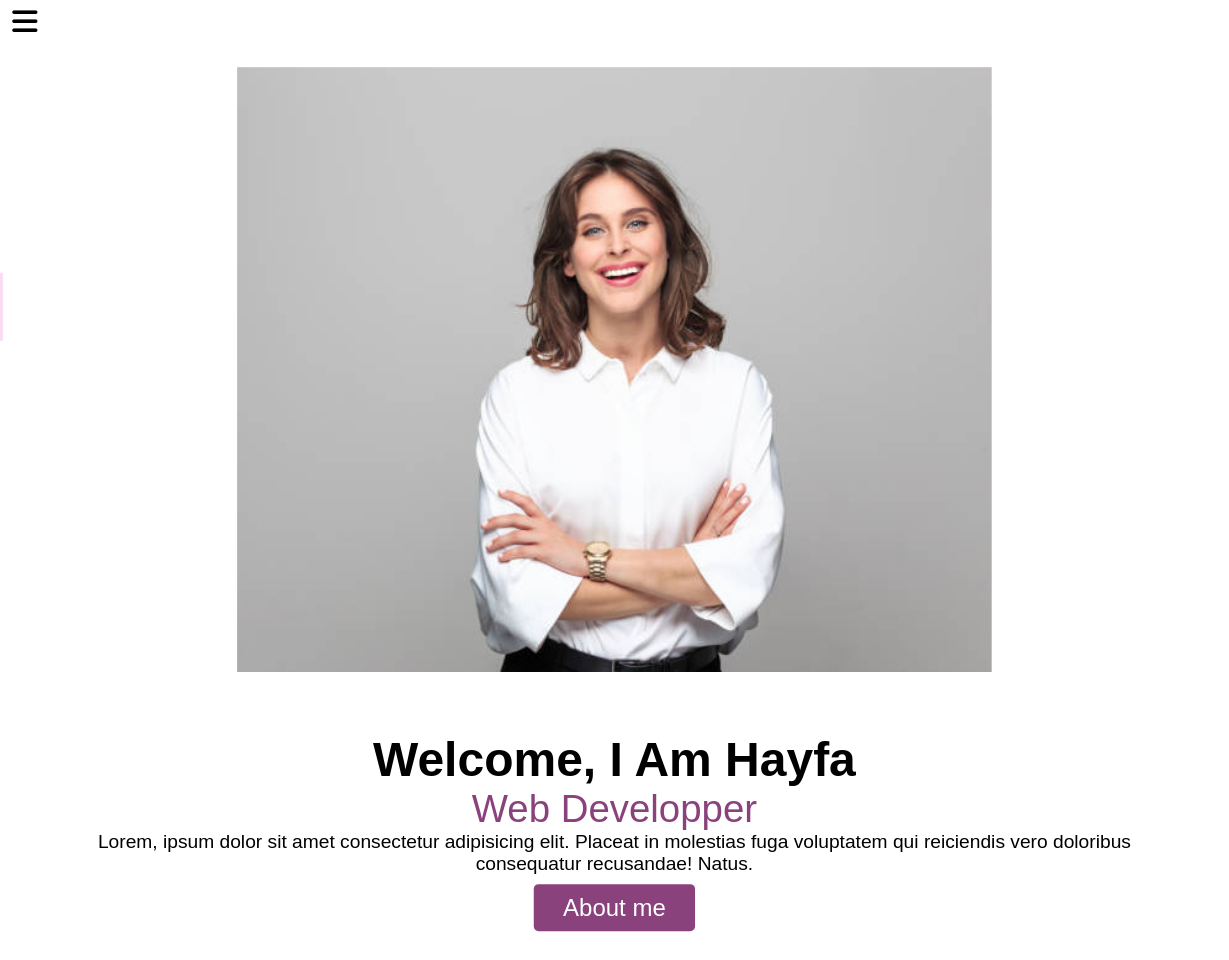
Repository: haifabilel/portfolio_project
Page: http://localhost/
An editor plug-in stored every save of this project. The page is shown before and after the next save, followed by the edit.
The browser window is 1280 px wide. The pictures show the whole page, at 96% of full size.
Some web fonts or font styles are not loaded; a fallback is used. The page is run by PHP 8.4 with error messages shown; the project is at /var/www/html/.

Above is the page before, as saved 2023-09-10 13:53:52.

After the next save:
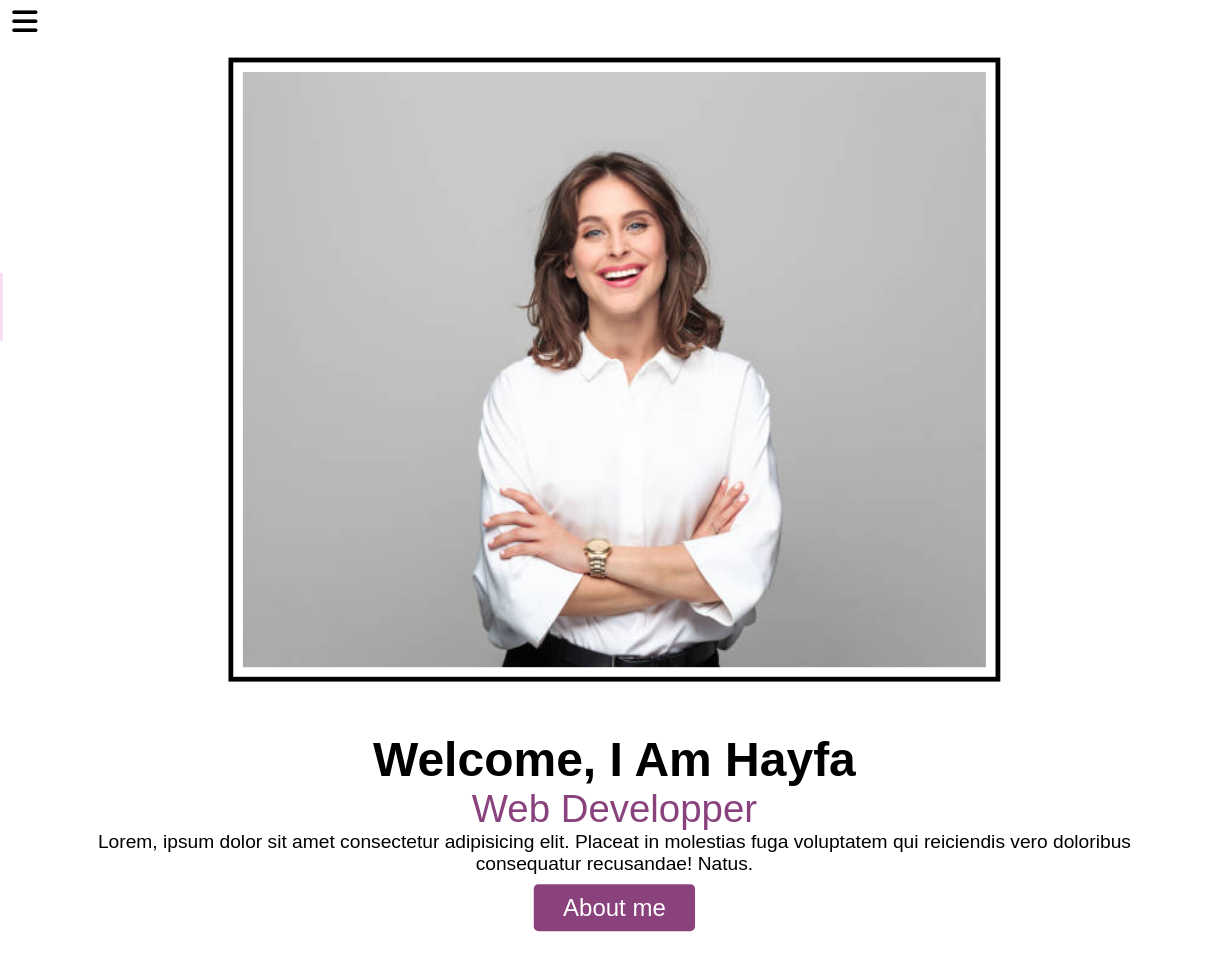
Saved 79 s later.
--- a/css/style.css
+++ b/css/style.css
@@ -136,7 +136,7 @@ p{
     height:65rem;
     padding:1rem;
     margin:30px;
-    border :5 solid black;
+    border :5px solid black;
 
 }
 .home .image{
